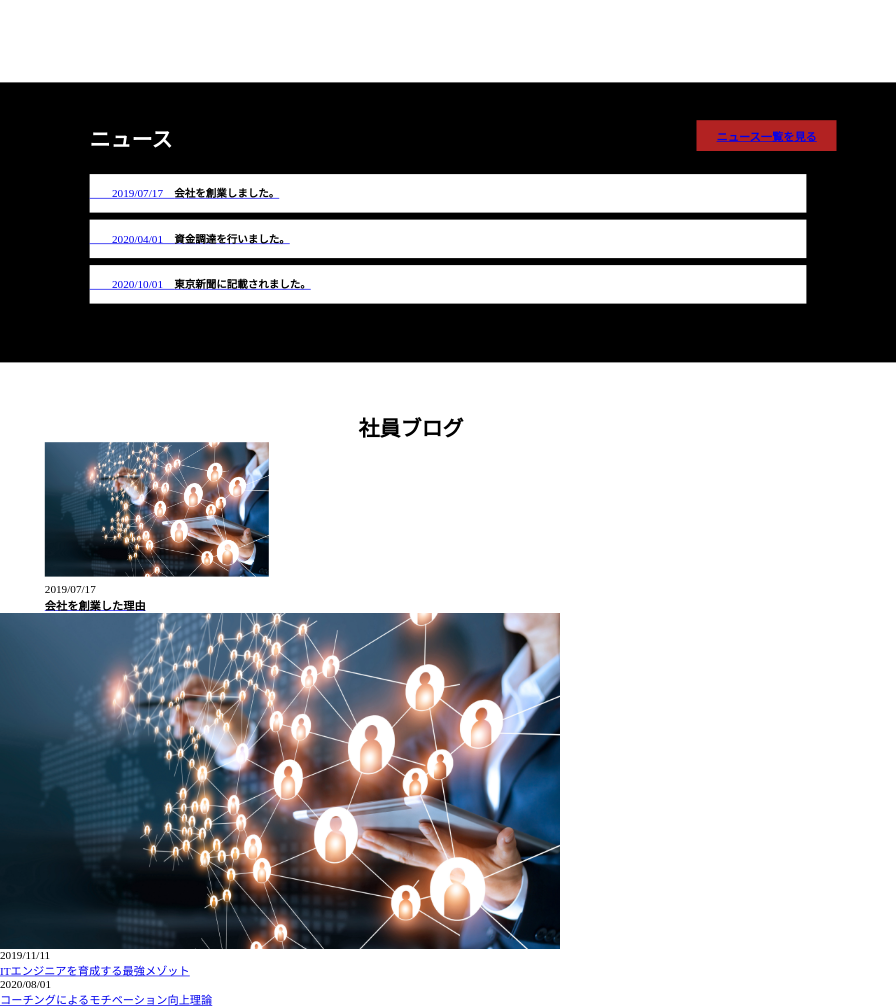
Repository: sigemasaasuka/20211012sigemasa
Page: index.html
These files come from the project's save history. The page is drawn as it stood at one moment and after a run of saves; the edit follows.
The browser window is 1280 px wide. The pictures show the part of the page from y = 1894 to 3814 px (the page is 3334 px tall before and 3814 px after), at 70% of full size.

Above is the page before, as saved 2021-10-19 16:55:02.

After the next 2 saves:
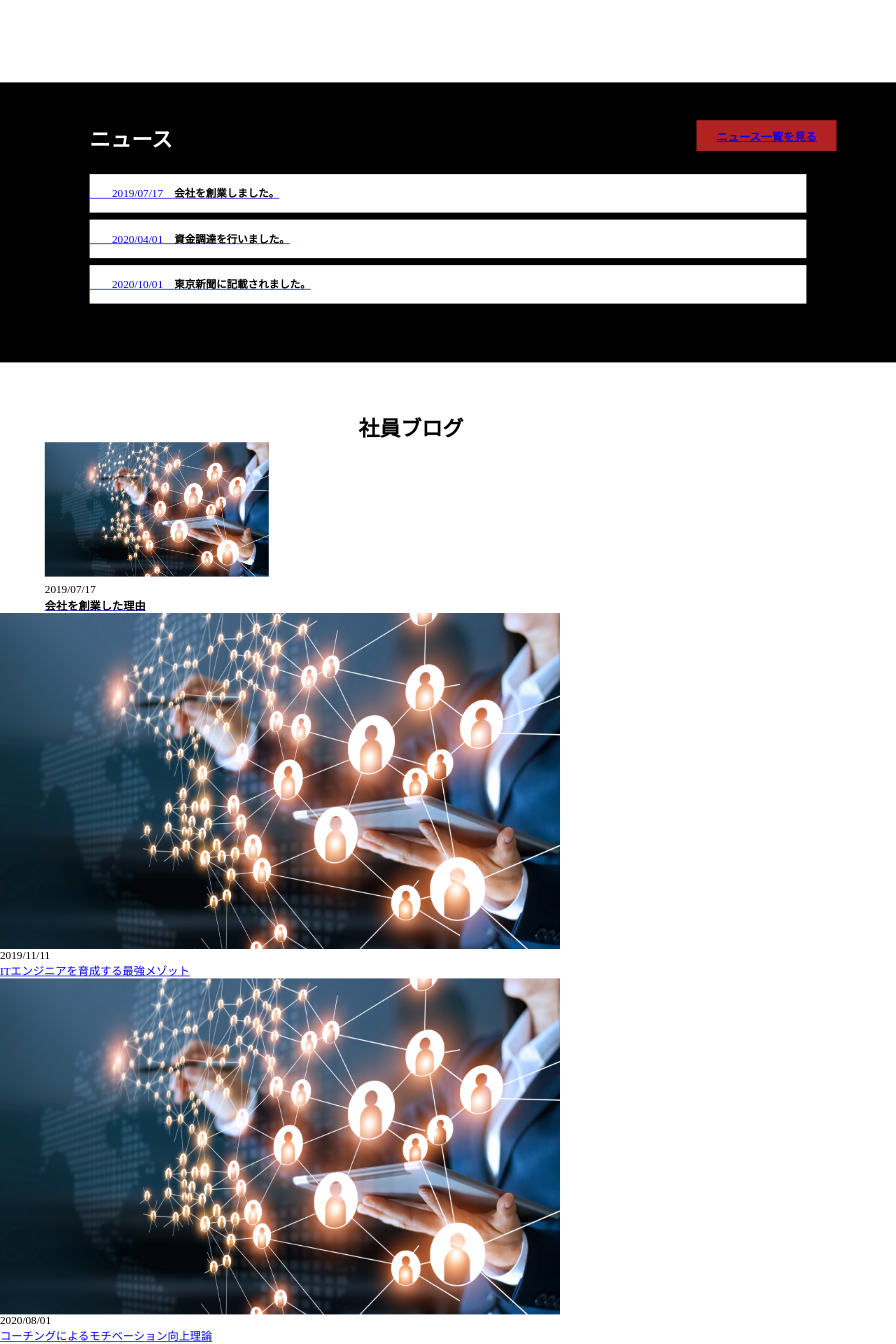
The 2 saves are shown as one change because they came seconds apart.
The last was saved 48 min 11 s later.
--- a/index.html
+++ b/index.html
@@ -124,6 +124,10 @@
             <p class="nurturing1">ITエンジニアを育成する最強メゾット</p>
           </a>
         </div>
+        <div class="reason-png1">
+        <a href="index.html">
+          <img src="img/blog.png" alt="blog">
+        </a>
         <p class="coaching">2020/08/01</p>
         <a href="index.html">
           <p class="coaching1">コーチングによるモチベーション向上理論</p>
